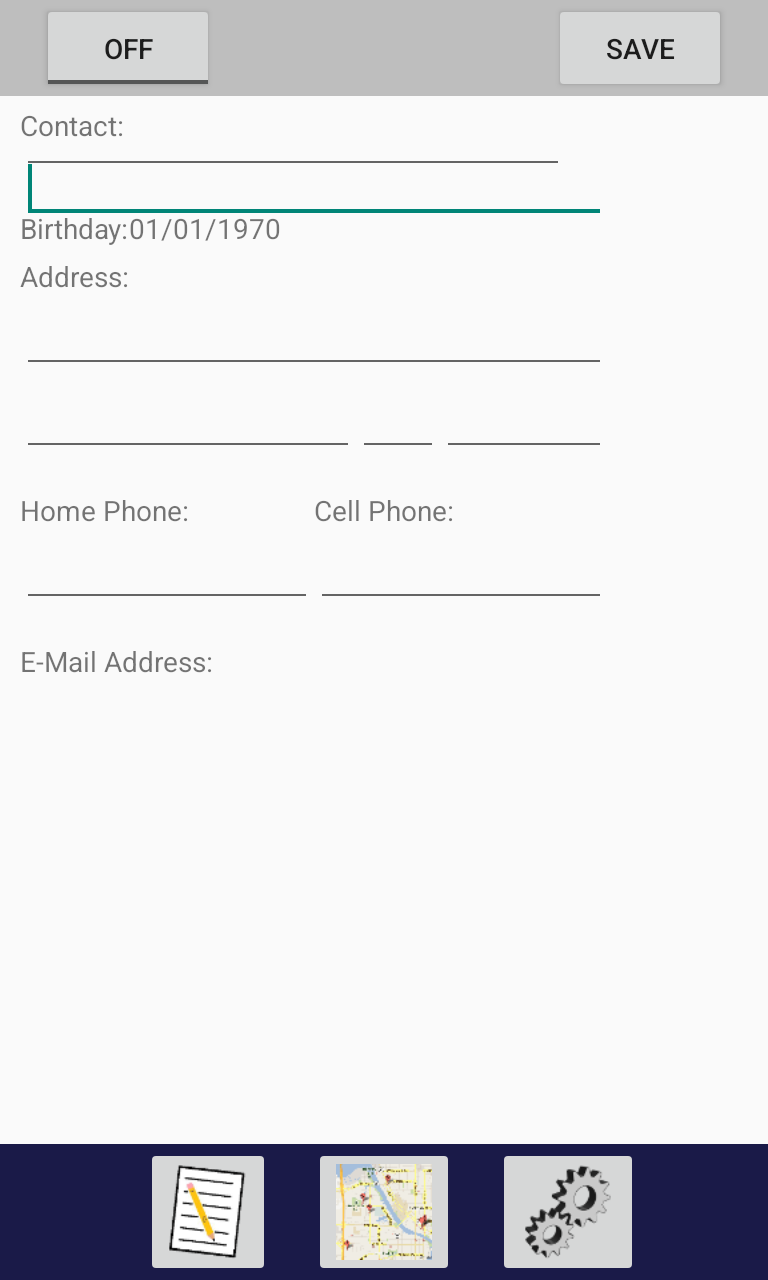
Repository: MobileApps-Cascadia/JenniferBronson_ExercisesChapter5
Layout: MyContactList/res/layout/activity_contact.xml
These files come from the project's save history. The layout is drawn as it stood at one moment and after the next save; the edit follows.
It is drawn on a 768 x 1280 px phone screen (xhdpi) without system bars, with theme AppTheme; the app's code is not run.

Above is the layout before, as saved 2014-04-26 22:32:36.

### MyContactList/res/layout/activity_contact.xml
<RelativeLayout xmlns:android="http://schemas.android.com/apk/res/android"
    xmlns:tools="http://schemas.android.com/tools"
    android:layout_width="match_parent"
    android:layout_height="match_parent"
    tools:context=".ContactActivity">


    <RelativeLayout
        android:id="@+id/navbar"
        android:background="@color/navbar_background"
        android:layout_width="fill_parent"
        android:layout_height="wrap_content"
        android:layout_alignParentBottom="true">

        <ImageButton
            android:id="@+id/imageButtonList"
            android:layout_width="wrap_content"
            android:layout_height="wrap_content"
            android:layout_centerVertical="true"
            android:layout_toLeftOf="@+id/imageButtonMap"
            android:layout_marginRight="20dp"
            android:src="@drawable/contactlisticon" />

        <ImageButton
            android:id="@+id/imageButtonMap"
            android:layout_width="wrap_content"
            android:layout_height="wrap_content"
            android:layout_centerVertical="true"
            android:layout_centerHorizontal="true"
            android:layout_toRightOf="@+id/imageButton1"
            android:src="@drawable/mapicon" />

        <ImageButton
            android:id="@+id/imageButtonSettings"
            android:layout_width="wrap_content"
            android:layout_height="wrap_content"
            android:layout_centerVertical="true"
            android:layout_marginLeft="20dp"
            android:layout_toRightOf="@+id/imageButtonMap"
            android:src="@drawable/settingsicon" />

    </RelativeLayout>

    <RelativeLayout
        android:id="@+id/toolbar"
        android:background="@color/toolbar_background"
        android:layout_width="match_parent"
        android:layout_height="wrap_content"
        android:layout_alignParentLeft="true"
        android:layout_alignParentTop="true"
        >

        <ToggleButton
            android:id="@+id/toggleButtonEdit"
            android:layout_width="wrap_content"
            android:layout_height="wrap_content"
            android:layout_alignParentLeft="true"
            android:layout_marginLeft="20dp"
            android:text="ToggleButton" />

        <Button
            android:id="@+id/buttonSave"
            android:layout_width="wrap_content"
            android:layout_height="wrap_content"
            android:layout_alignParentRight="true"
            android:layout_marginRight="20dp"
            android:text="Save" />

    </RelativeLayout>

    <ScrollView
        android:id="@+id/scrollView1"
        android:layout_width="match_parent"
        android:layout_height="wrap_content"
        android:layout_alignParentLeft="true"
        android:layout_below="@+id/toolbar"
        android:layout_above="@+id/navbar" >

        <RelativeLayout
            android:layout_width="match_parent"
            android:layout_height="match_parent"
           >

            <TextView
                android:id="@+id/textContact"
                android:layout_width="wrap_content"
                android:layout_height="wrap_content"
                android:text="Contact:"
                android:textAppearance="?android:attr/textAppearanceSmall"
                android:layout_alignParentLeft="true"
        		android:layout_alignParentTop="true"
        		android:layout_marginLeft="10dp"
        		android:layout_marginTop="5dp"/>

            <EditText android:id="@+id/editName"
                android:layout_width="wrap_content"
                android:layout_height="wrap_content"
                android:layout_alignParentLeft="true"
                android:layout_marginLeft="10dp"
                android:layout_below="@+id/textContact"
                android:ems="14"
                android:imeOptions="actionNext"
                android:inputType="textCapWords">

                <requestFocus/>
            </EditText>

            <TextView
                android:id="@+id/textAddress"
                android:layout_width="wrap_content"
                android:layout_height="wrap_content"
                android:layout_alignParentLeft="true"
                android:layout_below="@+id/editName"
        		android:layout_marginLeft="10dp"
        		android:layout_marginTop="15dp"
        		android:text="Address:"
        		android:textAppearance="?android:attr/textAppearanceSmall"/>

            <EditText android:id="@+id/editAddress"
                android:layout_width="wrap_content"
                android:layout_height="wrap_content"
                android:layout_alignParentLeft="true"
                android:layout_marginLeft="10dp"
                android:layout_below="@+id/textAddress"
                android:ems="14"
                android:imeOptions="actionNext"
                android:inputType="textCapWords">
            </EditText>

        <EditText android:id="@+id/editCity"
                android:layout_width="wrap_content"
                android:layout_height="wrap_content"
                android:layout_alignParentLeft="true"
                android:layout_marginLeft="10dp"
                android:layout_below="@+id/editAddress"
                android:ems="8"
                android:imeOptions="actionNext"
                android:nextFocusDown="@+id/editState"
                android:inputType="textCapWords">
            </EditText>

        <EditText android:id="@+id/editState"
                android:layout_width="wrap_content"
                android:layout_height="wrap_content"
                android:ems="2"
                android:layout_toRightOf="@+id/editCity"
                android:layout_alignBottom="@+id/editCity"
                android:maxLength="2"
                android:imeOptions="actionNext"
                android:nextFocusDown="@+id/editZipCode"
                android:inputType="textCapCharacters">
            </EditText>

        <EditText android:id="@+id/editZipcode"
                android:layout_width="wrap_content"
                android:layout_height="wrap_content"
                android:ems="4"
                android:layout_toRightOf="@+id/editState"
                android:layout_alignBottom="@+id/editState"
                android:maxLength="5"
                android:imeOptions="actionNext"
                android:nextFocusDown="@+id/editHome"
                android:inputType="numberSigned">
            </EditText>






        <TextView
                android:id="@+id/textHome"
                android:layout_width="wrap_content"
                android:layout_height="wrap_content"
                android:text="Home Phone:"
                android:layout_alignParentLeft="true"
        		android:layout_marginLeft="10dp"
        		android:layout_marginTop="15dp"
        		android:layout_below="@+id/editCity"
        		/>

            <EditText android:id="@+id/editHome"
                android:layout_width="wrap_content"
                android:layout_height="wrap_content"
                android:layout_alignParentLeft="true"
                android:layout_marginLeft="10dp"
                android:layout_below="@+id/textHome"
                android:ems="7"
                android:maxLength="14"
                android:imeOptions="actionNext"
                android:nextFocusDown="@+id/editCell"
                android:inputType="phone">

            </EditText>

            <TextView
                android:id="@+id/textCell"
                android:layout_width="wrap_content"
                android:layout_height="wrap_content"
                android:text="Cell Phone:"
                android:layout_alignBottom="@+id/textHome"
                android:layout_alignLeft="@+id/editCell"/>

            <EditText android:id="@+id/editCell"
                android:layout_width="wrap_content"
                android:layout_height="wrap_content"
                android:layout_alignBottom="@+id/editHome"
                android:layout_toRightOf="@+id/editHome"
                android:ems="7"
                android:maxLength="14"
                android:imeOptions="actionNext"
                android:nextFocusDown="@+id/editEMail"
                android:inputType="phone">

            </EditText>


            <TextView
                android:id="@+id/textEMail"
                android:layout_width="wrap_content"
                android:layout_height="wrap_content"
                android:text="E-Mail Address:"
                android:layout_alignParentLeft="true"
                android:layout_marginLeft="10dp"
                android:layout_marginTop="15dp"
                android:layout_below="@+id/editHome"
                />

            <EditText android:id="@+id/editEMail"
                android:layout_width="wrap_content"
                android:layout_height="wrap_content"
                android:layout_alignParentLeft="true"
                android:layout_marginLeft="10dp"
                android:layout_below="@+id/editEMail"
                android:ems="13"
                android:inputType="textEmailAddress">

            </EditText>


            <TextView
                android:id="@+id/textBday"
                android:layout_width="wrap_content"
                android:layout_height="wrap_content"
                android:text="Birthday:"
                android:layout_alignParentLeft="true"
                android:layout_marginLeft="10dp"
                android:layout_marginTop="15dp"
                android:layout_below="@+id/editEMail"
                android:paddingBottom="25dp"
                />

            <TextView
                android:id="@+id/textBirthday"
                android:layout_width="wrap_content"
                android:layout_height="wrap_content"
                android:text="01/01/1970"
                android:marginLeft="10dp"
                android:layout_toRightOf="@+id/textBday"
                android:layout_alignBottom="@+id/textBday"
                android:paddingBottom="25dp"
                />

        </RelativeLayout>
    </ScrollView>

</RelativeLayout>

### MyContactList/res/values/color.xml
<?xml version="1.0" encoding="utf-8"?>
<resources>
    <color name="navbar_background">#1a1a48</color>
    <color name="toolbar_background">#bebebe</color>

</resources>

Loaded but not shown: MyContactList/res/values/styles.xml (common file); MyContactList/res/values-v11/styles.xml (common file); MyContactList/res/values-v14/styles.xml (common file)

After the next save:
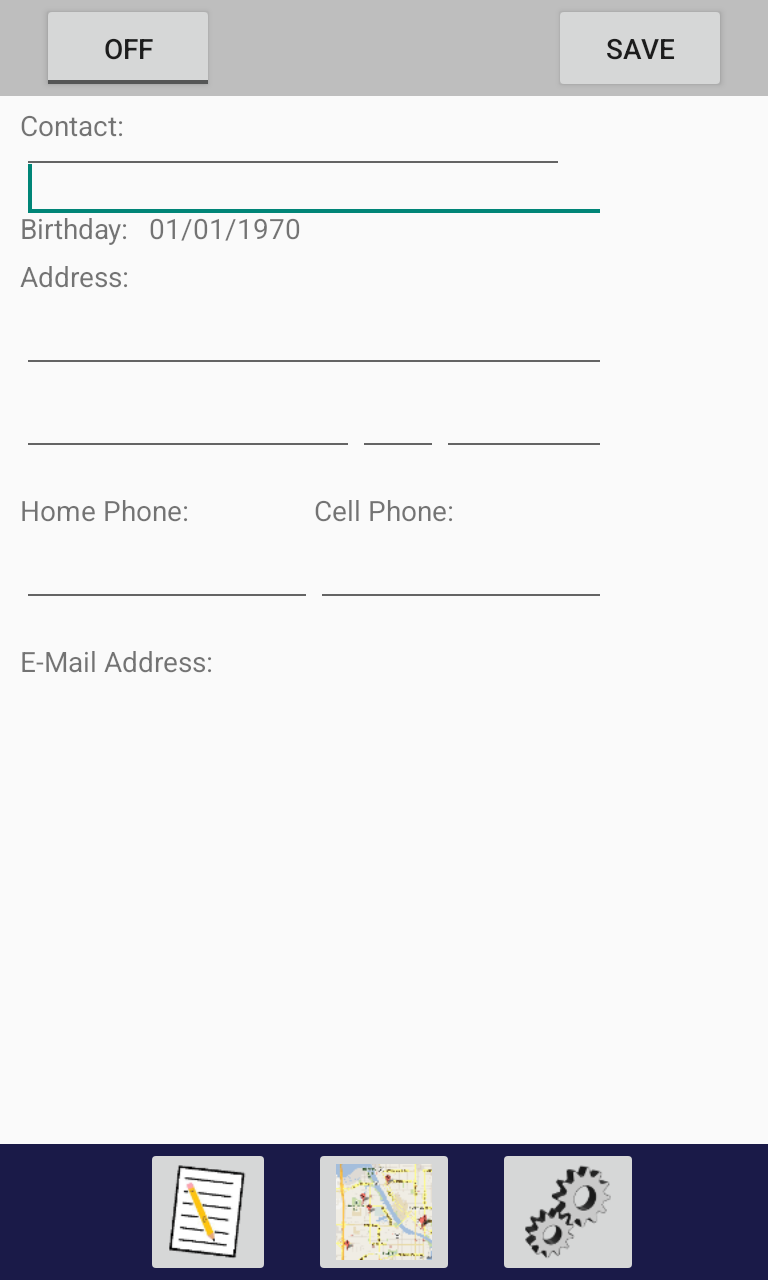
Saved 21 s later.
--- a/MyContactList/res/layout/activity_contact.xml
+++ b/MyContactList/res/layout/activity_contact.xml
@@ -255,7 +255,7 @@
                 android:layout_width="wrap_content"
                 android:layout_height="wrap_content"
                 android:text="01/01/1970"
-                android:marginLeft="10dp"
+                android:layout_marginLeft="10dp"
                 android:layout_toRightOf="@+id/textBday"
                 android:layout_alignBottom="@+id/textBday"
                 android:paddingBottom="25dp"
